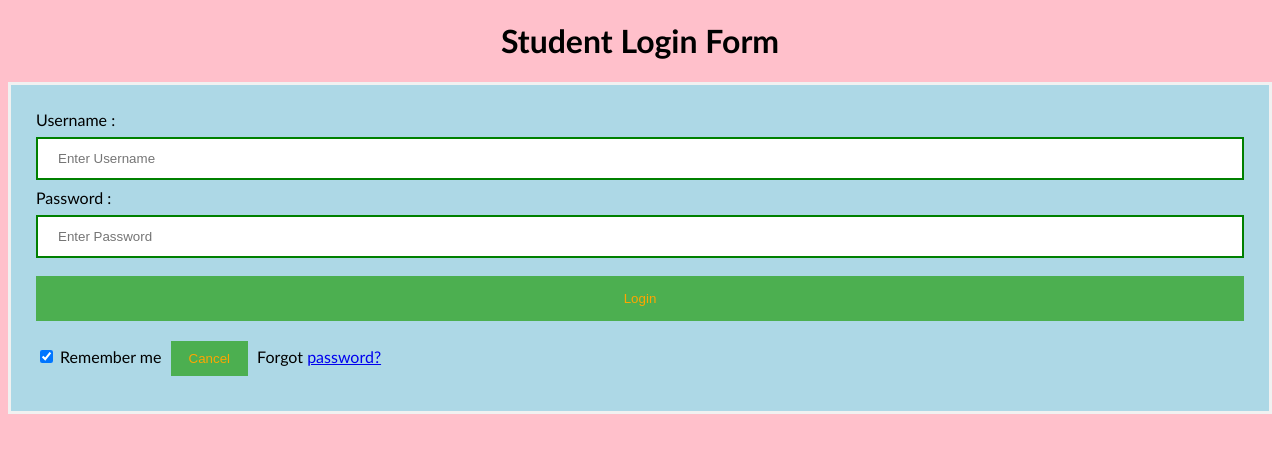
Repository: prathamesh-coditas/Servlet
Page: DemoApp/src/main/webapp/login.html
An editor plug-in stored every save of this project. The page is shown before and after the next save, followed by the edit.
The browser window is 1280 px wide. The pictures show the whole page.

Above is the page before, as saved 2022-03-03 07:33:30.

### DemoApp/src/main/webapp/login.html
<!DOCTYPE html>
<html>
<head>
<meta name="viewport" content="width=device-width, initial-scale=1">
<title> Login Page </title>
<style>
Body {
  font-family: Calibri, Helvetica, sans-serif;
  background-color: pink;
}
button {
       background-color: #4CAF50;
       width: 100%;
        color: orange;
        padding: 15px;
        margin: 10px 0px;
        border: none;
        cursor: pointer;
         }
 form {
        border: 3px solid #f1f1f1;
    }
 input[type=text], input[type=password] {
        width: 100%;
        margin: 8px 0;
        padding: 12px 20px;
        display: inline-block;
        border: 2px solid green;
        box-sizing: border-box;
    }
 button:hover {
        opacity: 0.7;
    }
  .cancelbtn {
        width: auto;
        padding: 10px 18px;
        margin: 10px 5px;
    }


 .container {
        padding: 25px;
        background-color: lightblue;
    }
</style>
</head>
<body>
    <center> <h1> Student Login Form </h1> </center>
    <form>
        <div class="container">
            <label>Username : </label>
            <input type="text" placeholder="Enter Username" name="username" required>
            <label>Password : </label>
            <input type="password" placeholder="Enter Password" name="password" required>
            <button type="submit"onclick="return check(this.form)"formaction="index.html">Login</button>
            <input type="checkbox" checked="checked"> Remember me
            <button type="button" class="cancelbtn"> Cancel</button>
            Forgot <a href="#"> password? </a>
        </div>
    </form>
    <script language="javascript">
function check(form)
{

if(form.username.value == form.password.value)
{
	return true;
}
else
{
	alert("Error IncorrectPassword or Username")
	return false;
}
}
</script>
</body>
</html>

After the next save:
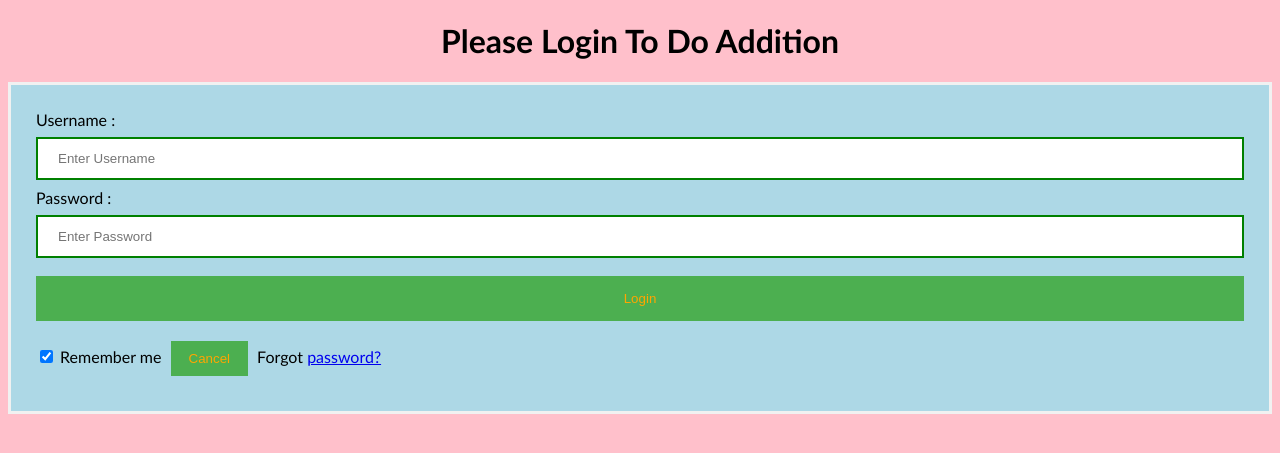
Saved 60 s later.
--- a/DemoApp/src/main/webapp/login.html
+++ b/DemoApp/src/main/webapp/login.html
@@ -45,7 +45,7 @@ button {
 </style>
 </head>
 <body>
-    <center> <h1> Student Login Form </h1> </center>
+    <center> <h1> Please Login To Do Addition </h1> </center>
     <form>
         <div class="container">
             <label>Username : </label>
